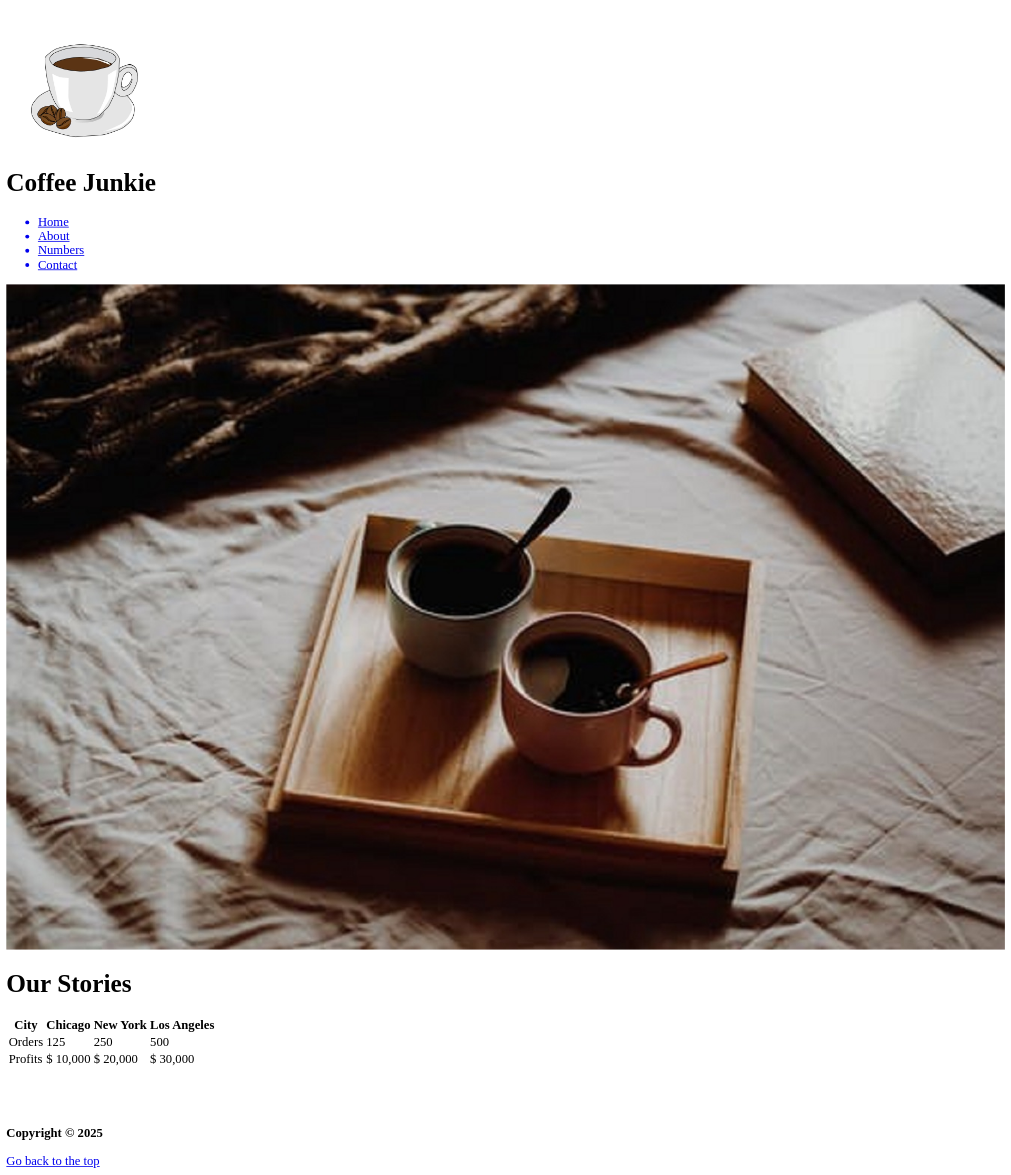
Repository: Tranghii/HTML-CSS
Page: HTML&CSS/miniExercise/number.html
An editor plug-in stored every save of this project. The page is shown before and after a run of saves, followed by the edit.
The browser window is 1280 px wide. The pictures show the whole page, at 79% of full size.

Above is the page before, as saved 2025-10-11 21:57:04.

### HTML&CSS/miniExercise/number.html
<!DOCTYPE html>
<html lang="en">
<head>
    <meta charset="UTF-8">
    <meta name="viewport" content="width=device-width, initial-scale=1.0">
    <title>Coffee Junkie Numbers</title>
</head>
<body>
    <div>
        <img id="top" src="images/coffeelogo.png" height="180" alt="coffee">
        <h1>Coffee Junkie</h1>
        <ul>
            <a href="index.html"><li>Home</li></a>
            <a href="about.html"><li>About</li></a>
            <a href="#"><li>Numbers</li></a>
            <a href="contact.html"><li>Contact</li></a>
        </ul>
        <img src="images/coffeeimage.jpeg" width="100%" alt="coffee">

        <div id="about">
                <h1>Our Stories</h1>
                <table>
                    <div style="border:2px solid blue; border:2px; border-spacing: 25px; ">
                    <thead>
                        <tr>
                            <th>City</th>
                            <th>Chicago</th>
                            <th>New York</th>
                            <th>Los Angeles</th>
                        </tr>
                    </thead>
                    <tbody>
                        <tr>
                            <td>Orders</td>
                            <td>125</td>
                            <td>250</td>
                            <td>500</td>
                        </tr>
                        <tr>
                            <td>Profits</td>
                            <td>$ 10,000</td>
                            <td>$ 20,000</td>
                            <td>$ 30,000</td>
                        </tr>
                    </tbody>
                </div>
                </table>
                <br><br><br><br>


            <strong>Copyright &copy; 2025</strong><br><br>
            <a href="#top">Go back to the top</a>
        </div>
    </div>


</body>
</html>

After the next 5 saves:
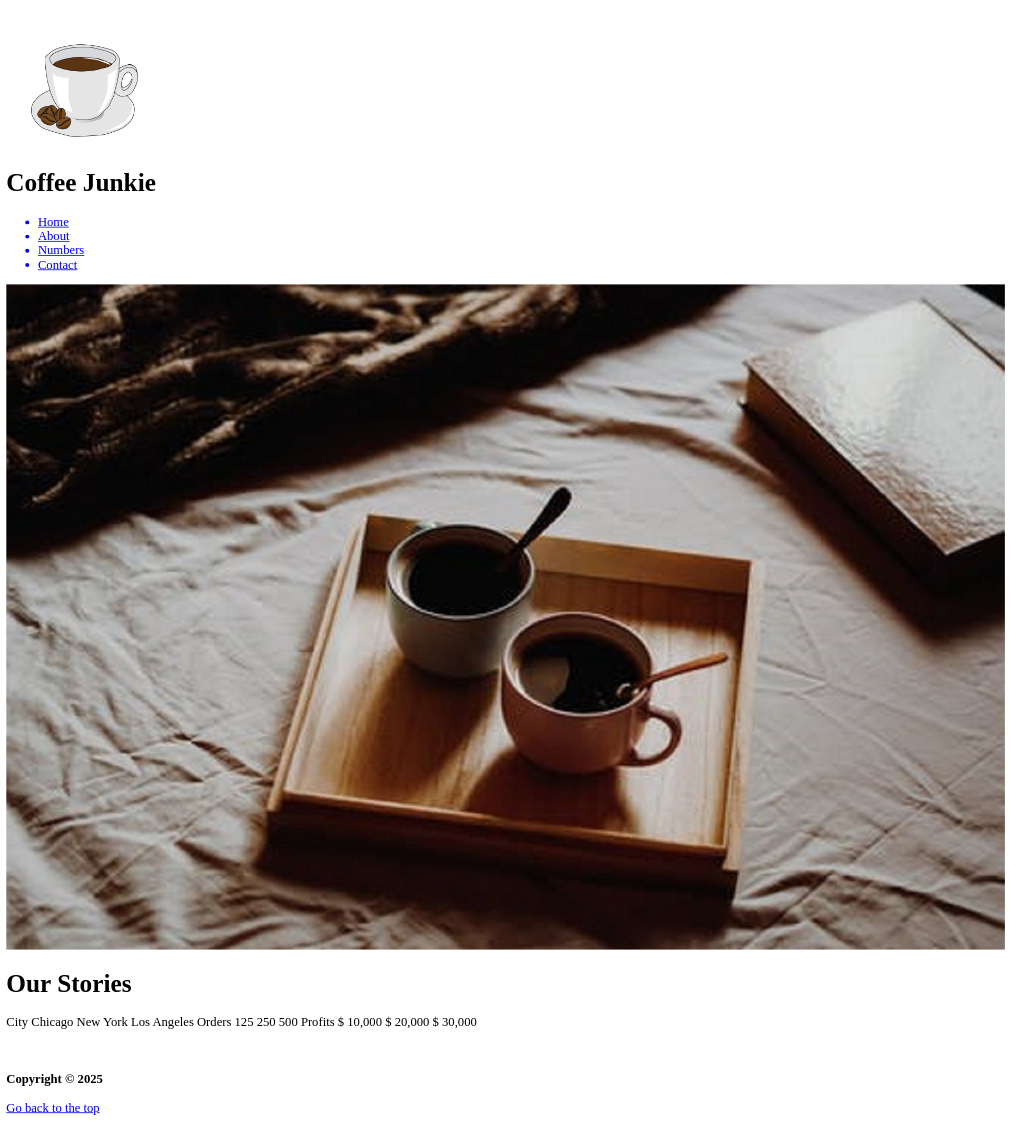
The 5 saves are shown as one change because they came seconds apart.
The last was saved 30 s later.
--- a/HTML&CSS/miniExercise/number.html
+++ b/HTML&CSS/miniExercise/number.html
@@ -19,8 +19,7 @@
 
         <div id="about">
                 <h1>Our Stories</h1>
-                <table>
-                    <div style="border:2px solid blue; border:2px; border-spacing: 25px; ">
+                <table  style="border:2px solid blue; border:2px; border-spacing: 25px; "></table>
                     <thead>
                         <tr>
                             <th>City</th>
@@ -43,7 +42,6 @@
                             <td>$ 30,000</td>
                         </tr>
                     </tbody>
-                </div>
                 </table>
                 <br><br><br><br>
 
